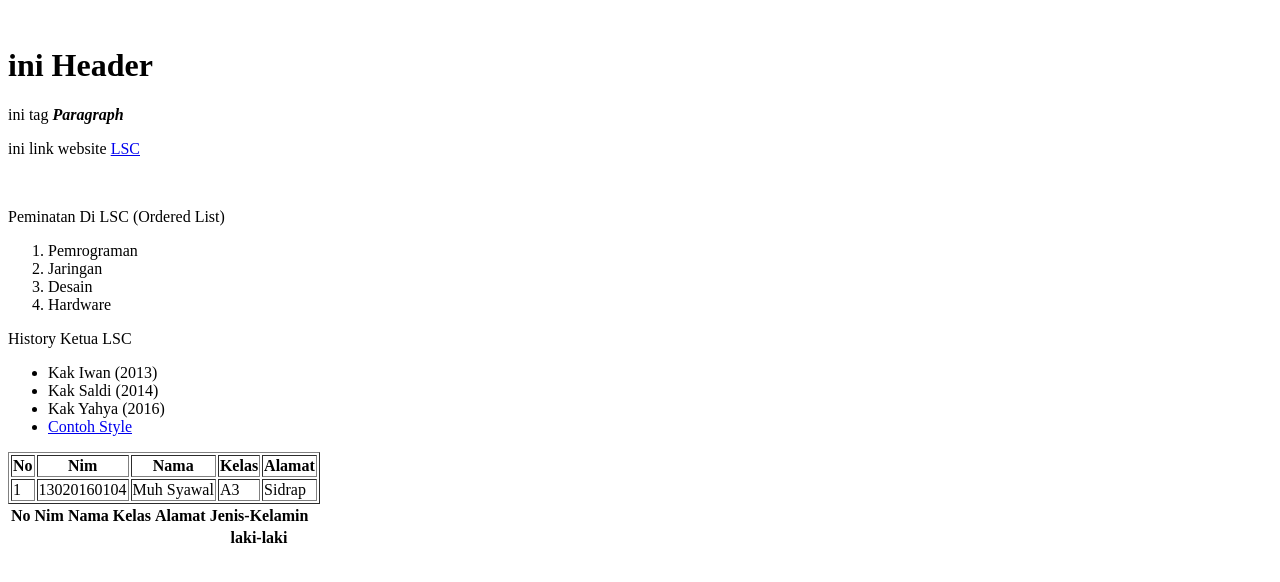
Repository: syawal2kalii/HelloWorld
Page: basichtml.htm
The author's editor kept a copy of each file at every save. The page is drawn from the files as they stood at one save, then again after the next save.
The browser window is 1280 px wide. The pictures show the whole page.

Above is the page before, as saved 2019-11-17 01:41:32.

After the next save:
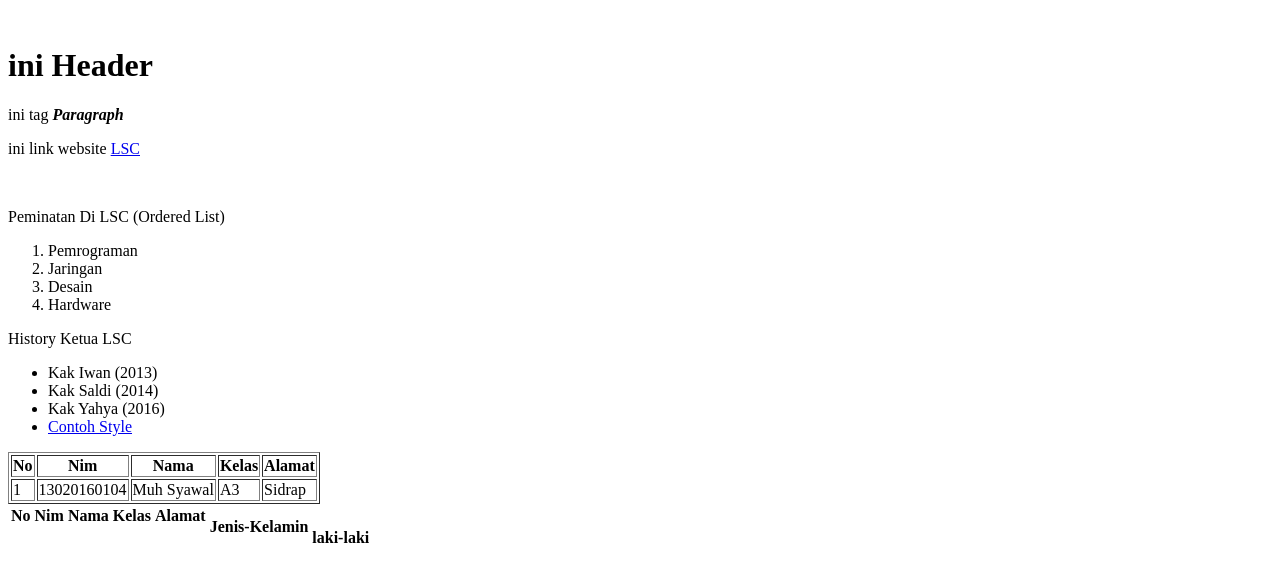
Saved 30 s later.
--- a/basichtml.htm
+++ b/basichtml.htm
@@ -81,7 +81,7 @@
             <th>Nama</th>
             <th>Kelas</th>
             <th>Alamat</th>
-            <th>Jenis-Kelamin</th>
+            <th rowspan="2">Jenis-Kelamin</th>
         </tr>
         <tr>
             <th></th>

After the 2 saves that followed:
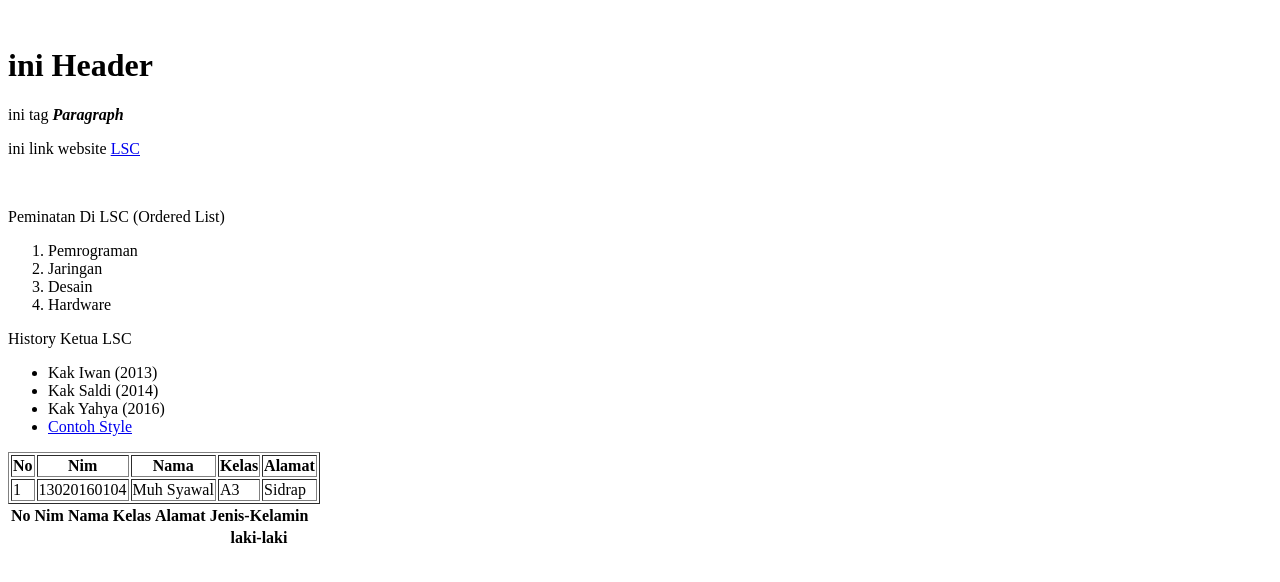
The 2 saves are shown as one change because 1 left the picture as it was.
The last was saved 35 s later.
--- a/basichtml.htm
+++ b/basichtml.htm
@@ -75,13 +75,13 @@
 
     <table>
 
-        <tr>
+        <tr rowspan="2">
             <th>No</th>
             <th>Nim</th>
             <th>Nama</th>
             <th>Kelas</th>
             <th>Alamat</th>
-            <th rowspan="2">Jenis-Kelamin</th>
+            <th >Jenis-Kelamin</th>
         </tr>
         <tr>
             <th></th>
